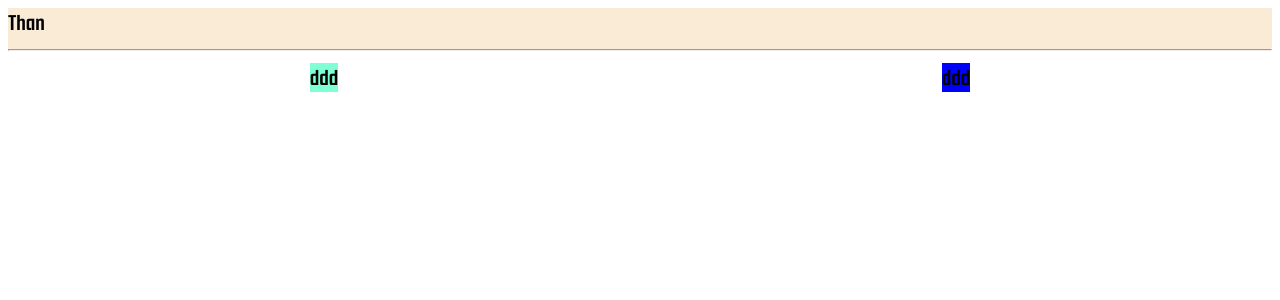
Repository: Than-dot/Than-dot
Page: index.html
An editor plug-in stored every save of this project. The page is shown before and after the next save, followed by the edit.
The browser window is 1280 px wide. The pictures show the whole page.

Above is the page before, as saved 2026-04-22 12:30:57.

### index.html
<!doctype html>
<html lang="en">
  <head>
    <meta charset="UTF-8" />
    <meta name="viewport" content="width=device-width, initial-scale=1.0" />
    <title>Than</title>
    <link rel="stylesheet" href="styles/global.css" />
    <link rel="stylesheet" href="styles/index.css" />
  </head>

  <body>
    <header>
      <nav>Than</nav>
      <hr />
    </header>
    <main class="container">
      <article>ddd</article>
      <aside>ddd</aside>
      <article class="stats"></article>
    </main>
  </body>
</html>

### styles/global.css
@font-face {
  font-family: Smooch-Sans;
  src: url(/assets/font/Roboto,Smooch_Sans/Smooch_Sans/SmoochSans-VariableFont_wght.ttf);
}

body {
  font-family: Smooch-Sans, sans-serif;
  font-weight: bold;
  font-size: 1.5rem;
}

### styles/index.css
.container {
  display: grid;
  grid-template-columns: auto auto;
}

header {
  background-color: antiquewhite;
}

article {
  background-color: aquamarine;
  margin: auto;
}

aside {
  background-color: blue;
  margin: auto;
}

.stats {
}

After the next save:
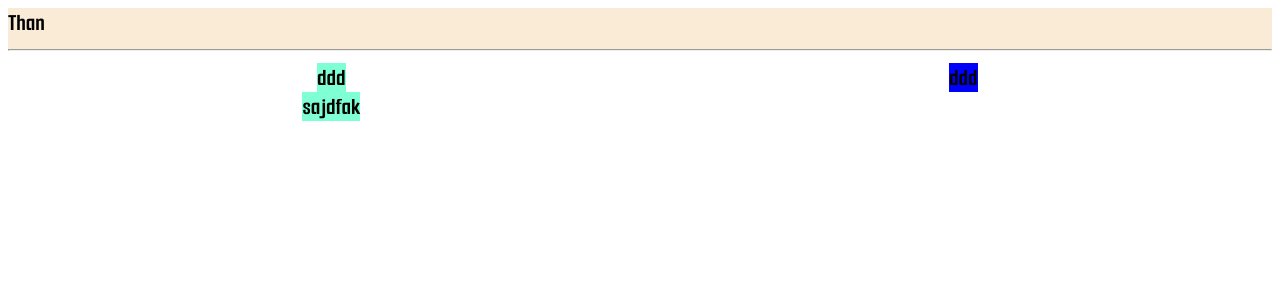
Saved 5 s later.
--- a/index.html
+++ b/index.html
@@ -16,7 +16,7 @@
     <main class="container">
       <article>ddd</article>
       <aside>ddd</aside>
-      <article class="stats"></article>
+      <article class="stats">sajdfak</article>
     </main>
   </body>
 </html>
